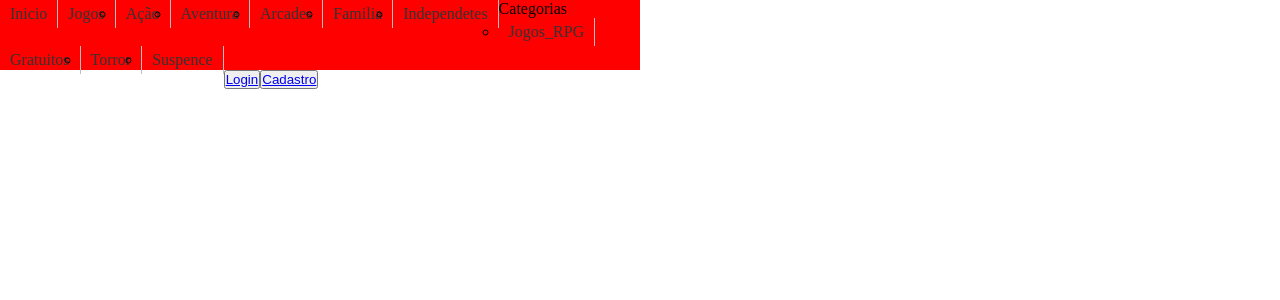
Repository: MarcoantonioCaldeira/Projeto-Go-Gamming
Page: /
An editor plug-in stored every save of this project. The page is shown before and after the next save, followed by the edit.
The browser window is 1280 px wide. The pictures show the whole page.
The project was rebuilt for these pictures with package versions that can differ from the ones it lists, and the page was loaded fresh each time. Also part of the build but not shown: src/pages/Inicio/estilo.css, src/pages/rodape/rodape.js, src/pages/Inicio/Inicio.js, src/pages/Jogos/Jogos.js, src/pages/Categorias/Acao.js, src/pages/Categorias/Aventura.js, src/pages/Categorias/Arcades.js, src/pages/Categorias/Familia.js and 7 more.

Above is the page before, as saved 2023-02-05 13:23:36.

After the next save:
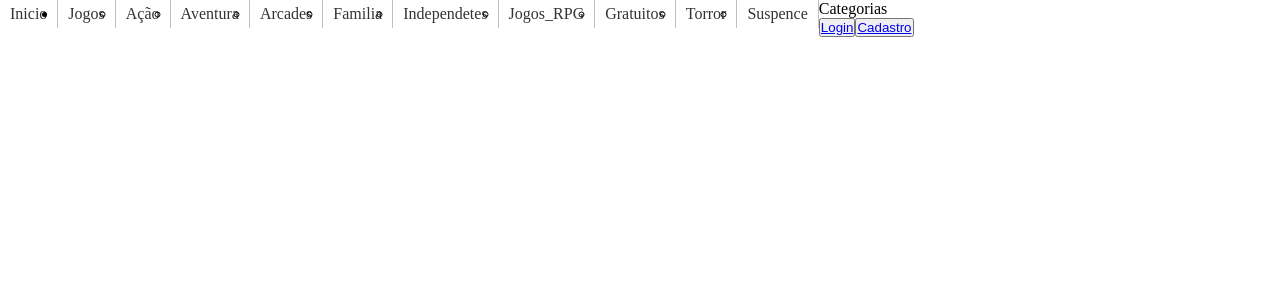
Saved 5 s later.
--- a/src/pages/Menu/Menu.js
+++ b/src/pages/Menu/Menu.js
@@ -6,7 +6,7 @@
   return (
       <>
         <nav id="nav_bar">
-          <ul id="Menu_Buttons">
+          <ul id="menu_buttons">
             <li>
               <Link to="./Inicio">Inicio</Link>
             </li>

After the 2 saves that followed:
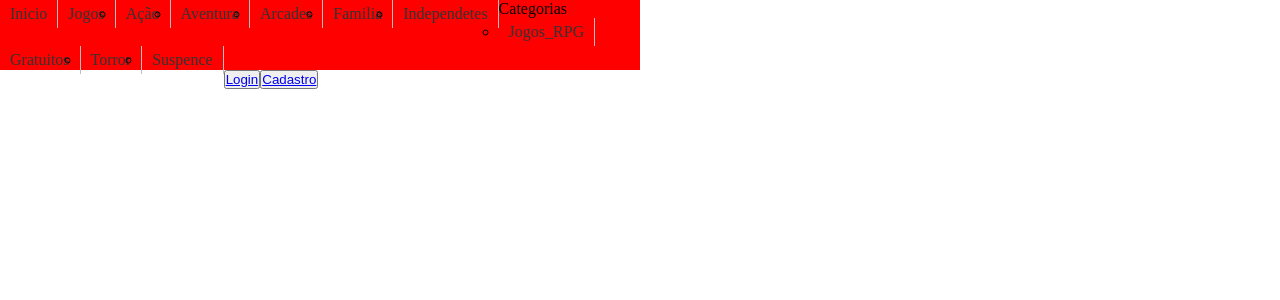
The 2 saves are shown as one change because 1 left the picture as it was.
The last was saved 14 s later.
--- a/src/pages/Menu/Menu.js
+++ b/src/pages/Menu/Menu.js
@@ -6,7 +6,7 @@
   return (
       <>
         <nav id="nav_bar">
-          <ul id="menu_buttons">
+          <ul id="menu">
             <li>
               <Link to="./Inicio">Inicio</Link>
             </li>
--- a/src/pages/Menu/estilo.css
+++ b/src/pages/Menu/estilo.css
@@ -14,7 +14,7 @@
 
 
 
-#Menu_Buttons{
+#menu{
     width: 50%;
     height: 70px;
     background-color: red;
